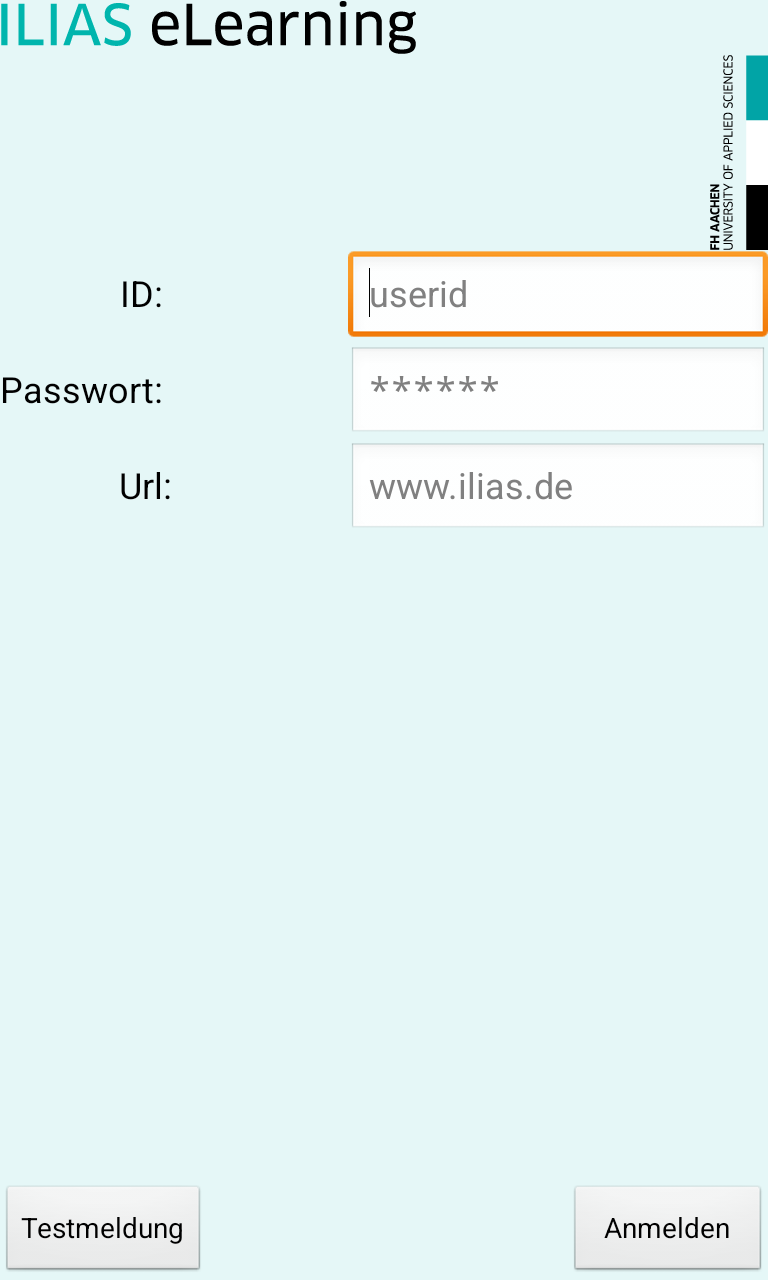
Repository: georgleber/IliConnect
Layout: IliConnect/res/layout/activity_main.xml
The author's editor kept a copy of each file at every save. The layout is drawn from the files as they stood at one save, then again after the next save.
It is drawn on a 768 x 1280 px phone screen (xhdpi) without system bars, with theme AppTheme; the app's code is not run.

Above is the layout before, as saved 2012-12-18 23:56:24.

### IliConnect/res/layout/activity_main.xml
<RelativeLayout xmlns:android="http://schemas.android.com/apk/res/android"
    xmlns:tools="http://schemas.android.com/tools"
    android:layout_width="match_parent"
    android:layout_height="match_parent"
    android:background="#E5F7F7" >

    <LinearLayout
        android:id="@+id/linearLayout1"
        android:layout_width="wrap_content"
        android:layout_height="wrap_content"
        android:layout_alignParentLeft="true"
        android:layout_alignParentTop="true"
        android:orientation="vertical" >

        <ImageView
            android:id="@+id/imageView2"
            android:layout_width="wrap_content"
            android:layout_height="wrap_content"
            android:contentDescription="@string/desc_head"
            android:src="@drawable/headericon" />
    </LinearLayout>

    <Button
        android:id="@+id/button1"
        android:layout_width="100dp"
        android:layout_height="wrap_content"
        android:layout_alignParentBottom="true"
        android:layout_alignParentRight="true"
        android:text="@string/login_button" />

    <ImageView
        android:id="@+id/imageView1"
        android:layout_width="wrap_content"
        android:layout_height="wrap_content"
        android:layout_alignParentRight="true"
        android:layout_below="@+id/linearLayout1"
        android:contentDescription="@string/desc_logoright"
        android:src="@drawable/fh_logo_rechts"/>






    <EditText
        android:id="@+id/editText1"
        android:layout_width="wrap_content"
        android:layout_height="wrap_content"
        android:layout_alignLeft="@+id/editText2"
        android:layout_alignParentRight="true"
        android:layout_below="@+id/imageView1"
        android:ems="10"
        android:hint="@string/email_pre"
        android:inputType="textPersonName" >

        <requestFocus />
    </EditText>


    <EditText
        android:id="@+id/editText2"
        android:layout_width="wrap_content"
        android:layout_height="wrap_content"
        android:layout_alignParentRight="true"
        android:layout_below="@+id/editText1"
        android:ems="10"
        android:hint="@string/passwort_hint"
        android:inputType="textPassword" >

    </EditText>

    <TextView
        android:id="@+id/textView2"
        android:layout_width="wrap_content"
        android:layout_height="wrap_content"
        android:layout_alignBaseline="@+id/editText2"
        android:layout_alignBottom="@+id/editText2"
        android:layout_alignParentLeft="true"
        android:text="@string/passwort_label"
        android:textAppearance="?android:attr/textAppearanceMedium" />

    <TextView
        android:id="@+id/textView1"
        android:layout_width="wrap_content"
        android:layout_height="wrap_content"
        android:layout_alignBaseline="@+id/editText1"
        android:layout_alignBottom="@+id/editText1"
        android:layout_alignRight="@+id/textView2"
        android:text="@string/Email_label"
        android:textAppearance="?android:attr/textAppearanceMedium" />

    <Button
        android:id="@+id/testmessagebutton"
        android:layout_width="wrap_content"
        android:layout_height="wrap_content"
        android:layout_alignParentBottom="true"
        android:layout_alignParentLeft="true"
        android:text="@string/Testmessage" />


    <EditText
        android:id="@+id/urlText"
        android:layout_width="wrap_content"
        android:layout_height="wrap_content"
        android:layout_alignLeft="@+id/editText2"
        android:layout_alignParentRight="true"
        android:layout_below="@+id/editText2"
        android:ems="10"
        android:hint="@string/urlHint"
        android:inputType="textPersonName" />

    <TextView
        android:id="@+id/textView3"
        android:layout_width="wrap_content"
        android:layout_height="wrap_content"
        android:layout_alignBaseline="@+id/urlText"
        android:layout_alignBottom="@+id/urlText"
        android:layout_alignRight="@+id/textView2"
        android:text="@string/stringurl"
        android:textAppearance="?android:attr/textAppearanceMedium" />

</RelativeLayout>

### IliConnect/res/values/styles.xml
<resources xmlns:android="http://schemas.android.com/apk/res/android">

    <style name="AppTheme" parent="android:Theme.Light" />
    <style name="ListView">
        <item name="android:layout_width">fill_parent</item>
        <item name="android:layout_height">fill_parent</item>
        <item name="android:textColor">#000000</item>
        <item name="android:background">@color/mintFH</item>
        <item name="android:cacheColorHint">@color/mintFH</item>
        <item name="android:listSelector">@drawable/list_selector</item>
    </style>

</resources>

### IliConnect/res/values/strings.xml
<resources>

    <string name="app_name">IliConnect</string>
    <string name="hello_world">Hello world!</string>
    <string name="menu_settings">Settings</string>
    <string name="title_activity_main">IliConnect</string>
    <string name="passwort_label">"Passwort: "</string>
    <string name="Email_label">"ID: "</string>
    <string name="login_button">Anmelden</string>
    <string name="passwort_hint">******</string>
    <string name="email_pre">userid</string>
    <string name="desc_logoright">FH-Aachen Logo</string>
	<string name="desc_head">Ilias Logo</string>
	<string name="logout">Logout</string>
	<string name="magazin">Magazin</string>
	<string name="uebersicht">Übersicht</string>
	<string name="account_logout">Logout</string>
	<string name="QR_Code">Scan QR Code</string>
	<string name="todo_liste">Todo Liste</string>
	<string name="Date">Montag 17.12.2012 Praktikum Fassbender</string>
	<string name="desc_seminar">Beschreibung:</string>
	<string name="desc_long">Dies ist ein Testseminar. Hier würde ihr Text stehen der das Seminar beschreibt.</string>
	<string name="search_string">Kursname oder Dozent</string>
	<string name="termine_string">Termine:</string>
	<string name="geaendertedateien_string">Geänderte Dateien:</string>
	<string name="qr_string">QR Scanner:</string>
	<string name="datum_praktikum">24.12.2012 Praktikum SWE</string>
	<string name="Testmessage">Testmeldung</string>
	<string name="stringurl">Url: </string>
	<string name="urlHint">www.ilias.de</string>
	<string name="logout_menu">Ausloggen</string>
	<string name="settings_menu">Einstellungen</string>
	<string name="sync_label">Synchronisation:</string>
	<string name="Sync_intervall">Intervall: </string>
	<string name="Wlan_snyc">"nur über Wlan: "</string>
	<string name="dates_sync">"Anzahl der Termine: "</string>
	<string name="Notifi_sync">"Benachrichtigungen: "</string>
	<string name="Warning_sync">"Warnung: "</string>
	<string name="Critical_sync">"Kritisch: "</string>
	<string name="sync_button">Synchronisieren</string>

	 <string-array name="array_intervall">
        <item>15 Min</item>
        <item>30 Min</item>
        <item>1 H</item>
        <item>2 H</item>
        <item>1 D</item>
    </string-array>
    <string-array name="array_termine">
        <item>1</item>
        <item>2</item>
        <item>3</item>
        <item>4</item>
        <item>5</item>
    </string-array>
    <string-array name="array_warnung">
        <item>3 D</item>
        <item>4 D</item>
        <item>5 D</item>
        <item>6 D</item>
    </string-array>
    <string-array name="array_Kritisch">
        <item>1 D</item>
        <item>2 D</item>
    </string-array>
        <string name="testdates">24.12.2012    16 Uhr</string>
        <string name="testpraktikum">Software Engineering Praktikum</string>
        <string name="testpraktikum2">25.12.2012    14 Uhr</string>
        <string name="testpraktikum3">Bildverarbeitung Praktikum</string>
        <string name="kurs_abmeldung">Abmelden</string>
        <string name="test_file">Aufgabe 1.pdf</string>
        <string name="kurs_suche">KURS:</string>
        <string name="Dozent_suche">DOZENT:</string>
        <string name="test_seminar">Physik</string>
        <string name="Join_kurs">Beitreten</string>
        <string name="dozent_fassbender">"Prof. Dr. rer. nat. Faßbender "</string>
        <string name="button_kurse">Kurse</string>
        <string name="searching_button">Suche</string>
        <string name="Kurs_default">Physik</string>

</resources>

After the next save:
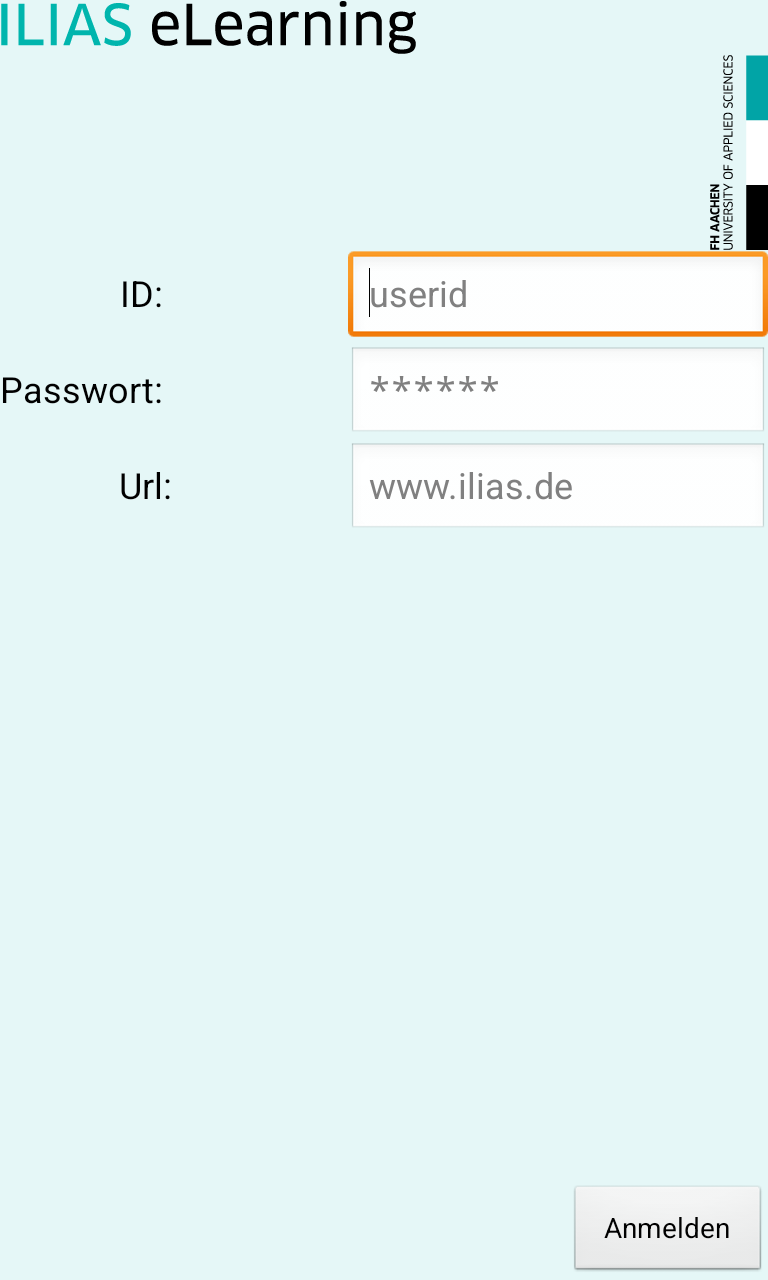
Saved 55 s later.
--- a/IliConnect/res/layout/activity_main.xml
+++ b/IliConnect/res/layout/activity_main.xml
@@ -89,13 +89,7 @@
         android:text="@string/Email_label"
         android:textAppearance="?android:attr/textAppearanceMedium" />
 
-    <Button
-        android:id="@+id/testmessagebutton"
-        android:layout_width="wrap_content"
-        android:layout_height="wrap_content"
-        android:layout_alignParentBottom="true"
-        android:layout_alignParentLeft="true"
-        android:text="@string/Testmessage" />
+
 
 
     <EditText
